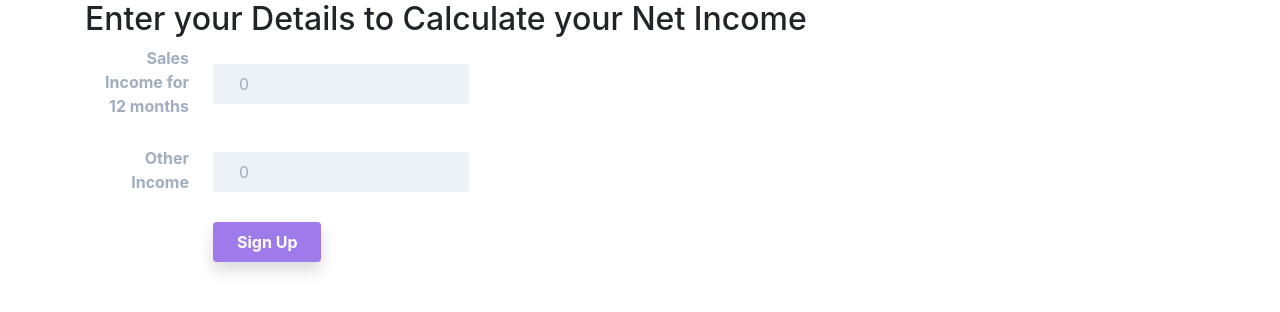
Repository: latenightsnacc/Financial-Forecast
Page: financial-forecast.html
The author's editor kept a copy of each file at every save. The page is drawn from the files as they stood at one save, then again after the next save.
The browser window is 1280 px wide. The pictures show the whole page.

Above is the page before, as saved 2020-11-15 11:28:47.

After the next save:
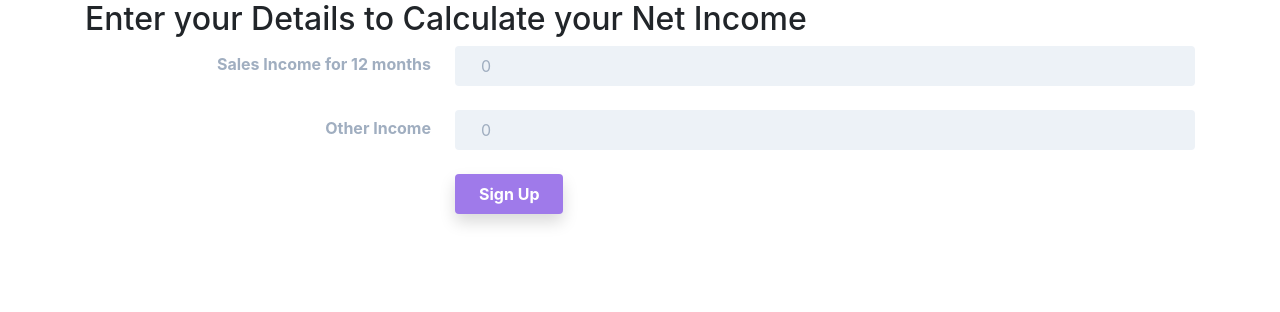
Saved 3 min 43 s later.
--- a/financial-forecast.html
+++ b/financial-forecast.html
@@ -21,7 +21,7 @@
             <h2 class="title">Enter your Details to Calculate your Net Income</h2>
         </div>
         <div class="container">
-            <form class="w-full max-w-sm">
+            <form class="w-full max-w-none">
                 <div class="md:flex md:items-center mb-6">
                   <div class="md:w-1/3">
                     <label class="block text-gray-500 font-bold md:text-right mb-1 md:mb-0 pr-4" for="inline-full-name" placeholder="0">
